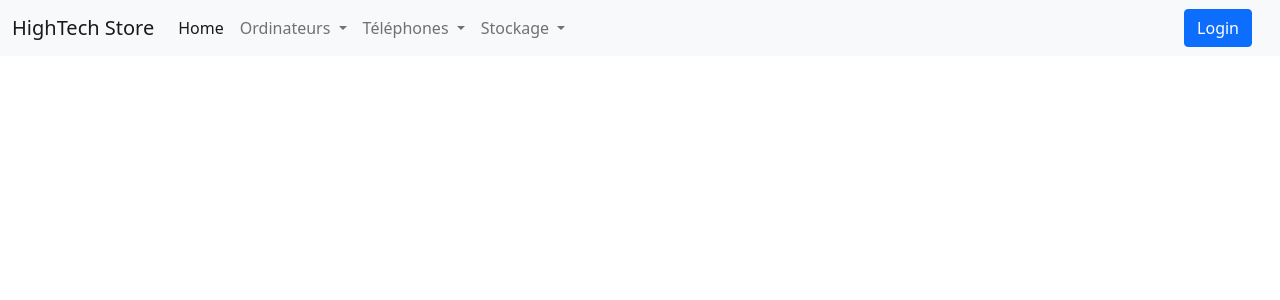
Repository: HaPhuong-krys/M1-angular
Page: /
An editor plug-in stored every save of this project. The page is shown before and after the next save, followed by the edit.
The browser window is 1280 px wide. The pictures show the whole page.
The page's requests for data from a server got no answer. The project was rebuilt for these pictures with package versions that can differ from the ones it lists, and the page was loaded fresh each time. No one was signed in, and anything a server would have sent is missing. Also part of the build but not shown: angular.json, src/app/connexion/connexion.component.ts, src/app/home/home.component.ts, src/app/pc-bureau/pc-bureau.component.ts, src/app/pc-portable/pc-portable.component.ts, src/app/ajouter-article-form/ajouter-article-form.component.ts, src/app/Model/Articles.ts, src/app/accessoire-ordi/accessoire-ordi.component.ts and 11 more.

Above is the page before, as saved 2023-04-23 16:48:44.

### src/index.html
<!doctype html>
<html lang="en">
<head>
  <meta charset="utf-8">
  <title>HighTechStore</title>
  <base href="/">
  <meta name="viewport" content="width=device-width, initial-scale=1">
  <link rel="icon" type="image/x-icon" href="favicon.ico">
  <!-- Boostrap css -->
  <link href="https://cdn.jsdelivr.net/npm/bootstrap@5.0.2/dist/css/bootstrap.min.css"
  rel="stylesheet" integrity="sha384-EVSTQN3/azprG1Anm3QDgpJLIm9Nao0Yz1ztcQTwFspd3yD65VohhpuuCOmLASjC" crossorigin="anonymous">
</head>
<body>
  <app-root></app-root>
   <!-- Boostrap -->
  <script src="https://cdn.jsdelivr.net/npm/@popperjs/core@2.9.2/dist/umd/popper.min.js"
  integrity="sha384-IQsoLXl5PILFhosVNubq5LC7Qb9DXgDA9i+tQ8Zj3iwWAwPtgFTxbJ8NT4GN1R8p" crossorigin="anonymous"></script>
  <script src="https://cdn.jsdelivr.net/npm/bootstrap@5.0.2/dist/js/bootstrap.min.js"
  integrity="sha384-cVKIPhGWiC2Al4u+LWgxfKTRIcfu0JTxR+EQDz/bgldoEyl4H0zUF0QKbrJ0EcQF" crossorigin="anonymous"></script>
</body>
</html>

### src/app/app.module.ts
import { NgModule } from '@angular/core';
import { BrowserModule } from '@angular/platform-browser';

import { AppRoutingModule } from './app-routing.module';
import { AppComponent } from './app.component';
import { NavbarComponent } from './navbar/navbar.component';
import { HomeComponent } from './home/home.component';
import { PcPortableComponent } from './pc-portable/pc-portable.component';
import { PcBureauComponent } from './pc-bureau/pc-bureau.component';
import { ConnexionComponent } from './connexion/connexion.component';
import { PhonesModule } from './modules/phones/phones.module';
import { StockageModule } from './modules/stockage/stockage.module';
import { AjouterArticleFormComponent } from './ajouter-article-form/ajouter-article-form.component';
import {HttpClientModule} from '@angular/common/http';
import { PcPortableServiceService } from './pc-portable-service.service';
import { FormCreationArticleService } from './form-creation-article.service';
import { FooterComponent } from './footer/footer.component';
import { FormsModule } from '@angular/forms';
import { HomeService } from './home.service';
import { PcBureauServiceService } from './pc-bureau-service.service';
import { AccesOrdiServiceService } from './acces-ordi-service.service';
import { AccessoireOrdiComponent } from './accessoire-ordi/accessoire-ordi.component';
import { SmartPhoneComponent } from './smart-phone/smart-phone.component';
import { SmartPhoneServiceService } from './smart-phone-service.service';
import { TelephoneFixComponent } from './telephone-fix/telephone-fix.component';
import { TelephoneFixServiceService } from './telephone-fix-service.service';
import { AccessoireTelfixComponent } from './accessoire-telfix/accessoire-telfix.component';
import { AccesTelfixServiceService } from './acces-telfix-service.service';
import { DisqueDurComponent } from './disque-dur/disque-dur.component';
import { UsbComponent } from './usb/usb.component';
import { AccessoireStockageComponent } from './accessoire-stockage/accessoire-stockage.component';
import { DisqueDurServiceService } from './disque-dur-service.service';
import { UsersComponent } from './users/users.component';
import { DeconnexionComponent } from './deconnexion/deconnexion.component';

@NgModule({
  declarations: [
    AppComponent,
    NavbarComponent,
    HomeComponent,
    PcPortableComponent,
    PcBureauComponent,
    ConnexionComponent,
    AjouterArticleFormComponent,
    FooterComponent,
    AccessoireOrdiComponent,
    SmartPhoneComponent,
    TelephoneFixComponent,
    AccessoireTelfixComponent,
    DisqueDurComponent,
    UsbComponent,
    AccessoireStockageComponent,
    UsersComponent,
    DeconnexionComponent,


  ],
  imports: [
    BrowserModule,
    AppRoutingModule,
    PhonesModule,
    StockageModule,
    HttpClientModule,
    FormsModule
  ],
  providers: [
    PcPortableServiceService,
    FormCreationArticleService,
    HomeService,
    PcBureauServiceService,
    AccesOrdiServiceService,
    SmartPhoneServiceService,
    TelephoneFixServiceService,
    AccesTelfixServiceService,
    DisqueDurServiceService
  ],
  bootstrap: [AppComponent]
})
export class AppModule { }

### src/app/app-routing.module.ts
import { NgModule } from '@angular/core';
import { RouterModule, Routes } from '@angular/router';
import { ConnexionComponent } from './connexion/connexion.component';
import { HomeComponent } from './home/home.component';
import { PcBureauComponent } from './pc-bureau/pc-bureau.component';
import { PcPortableComponent } from './pc-portable/pc-portable.component';
import { AjouterArticleFormComponent } from './ajouter-article-form/ajouter-article-form.component';
import { AccessoireOrdiComponent } from './accessoire-ordi/accessoire-ordi.component';
import { SmartPhoneComponent } from './smart-phone/smart-phone.component';
import { TelephoneFixComponent } from './telephone-fix/telephone-fix.component';
import { AccessoireTelfixComponent } from './accessoire-telfix/accessoire-telfix.component';
import { DisqueDurComponent } from './disque-dur/disque-dur.component';
import { UsbComponent } from './usb/usb.component';
import { AccessoireStockageComponent } from './accessoire-stockage/accessoire-stockage.component';

const routes: Routes = [
  { path:'home', component:HomeComponent},
  { path: 'PcPortable', component: PcPortableComponent},
  { path: 'PcBureau', component: PcBureauComponent},
  { path: 'Connexion', component: ConnexionComponent},
  { path: 'AjouterAticleForm', component: AjouterArticleFormComponent},
  { path: 'AccessoireOrdi', component: AccessoireOrdiComponent},
  { path: 'SmartPhone', component: SmartPhoneComponent},
  { path: 'telephoneFix', component: TelephoneFixComponent},
  { path: 'AccessoireTelFix', component: AccessoireTelfixComponent},
  { path: 'DisqueDur', component: DisqueDurComponent},
  { path: 'USB', component: UsbComponent},
  { path: 'AccessoireStock', component : AccessoireStockageComponent}
];

@NgModule({
  imports: [RouterModule.forRoot(routes)],
  exports: [RouterModule]
})
export class AppRoutingModule { }

### src/app/app.component.ts
import { Component } from '@angular/core';

@Component({
  selector: 'app-root',
  templateUrl: './app.component.html',
  styleUrls: ['./app.component.css']
})
export class AppComponent {
  title = 'HighTechStore';
}

### src/app/navbar/navbar.component.ts
import { Component, OnInit } from '@angular/core';
import { Router } from '@angular/router';
import { LoginService, User } from '../login.service';
import { Observable } from 'rxjs';

@Component({
  selector: 'app-navbar',
  templateUrl: './navbar.component.html',
  styleUrls: ['./navbar.component.css']
})
export class NavbarComponent implements OnInit {
  isLoggedIn$ = this.loginService.isLoggedIn$;
  currentUser$: Observable<User> = this.loginService.currentUser$;

  constructor(private loginService: LoginService, private router: Router) { }

  ngOnInit(): void {
  }

  logout() {
    this.loginService.logout();
    this.router.navigate(['/Connexion']);
  }

}

### src/app/modules/phones/phones.module.ts
import { NgModule } from '@angular/core';
import { CommonModule } from '@angular/common';

import { PhonesRoutingModule } from './phones-routing.module';


@NgModule({
  declarations: [],
  imports: [
    CommonModule,
    PhonesRoutingModule
  ]
})
export class PhonesModule { }

### src/app/modules/stockage/stockage.module.ts
import { NgModule } from '@angular/core';
import { CommonModule } from '@angular/common';

import { StockageRoutingModule } from './stockage-routing.module';


@NgModule({
  declarations: [],
  imports: [
    CommonModule,
    StockageRoutingModule
  ]
})
export class StockageModule { }

### src/app/pc-portable-service.service.ts
import { Injectable } from '@angular/core';
import  { HttpClient, HttpClientModule } from  '@angular/common/http';
import { Observable } from 'rxjs';
import { Articles } from './Model/Articles';


@Injectable({
  providedIn: 'root'
})
export class PcPortableServiceService {
  url_portable = 'http://localhost:8080/Projet-REST-V1/articles/list/PC_Portable';

  constructor(private http:HttpClient) { }

  getArticlePcPortable():Observable<Array<Articles>>{
    return this.http.get<Array<Articles>>(this.url_portable);
  }
}

### src/app/form-creation-article.service.ts
import { Injectable } from '@angular/core';
import  { HttpClient, HttpClientModule, HttpHeaders } from  '@angular/common/http';
import { Observable } from 'rxjs';
import { Categories } from './Model/Categories';
import { Articles } from './Model/Articles';


@Injectable({
  providedIn: 'root'
})
export class FormCreationArticleService {

  url = 'http://localhost:8080/Projet-REST-V1/categories/list';

  addUrl = 'http://localhost:8080/Projet-REST-V1/articles';

  articleData: any = {};

  constructor(private http:HttpClient) { }

  getAllCategories():Observable<Array<Categories>>{
    return this.http.get<Array<Categories>>(this.url);
  }

  httpOptions = {
    headers: new HttpHeaders({ 'Content-Type': 'application/json' })
  };

  addArticle(article: Articles): Observable<Articles> {
    const url = `${this.addUrl}/add`;
    return this.http.post<Articles>(url, article, this.httpOptions);
    //return this.http.post<Articles[]>(`${this.addUrl}/add`, article);
  }

}

### src/app/home.service.ts
import { Injectable } from '@angular/core';
import  { HttpClient, HttpClientModule, HttpHeaders } from  '@angular/common/http';
import { Observable } from 'rxjs';
import { Categories } from './Model/Categories';
import { Articles } from './Model/Articles';

@Injectable({
  providedIn: 'root'
})
export class HomeService {
  url = 'http://localhost:8080/Projet-REST-V1/articles/list';
  articleData: any = {};

  constructor(private http:HttpClient) { }

  getAllArticle():Observable<Array<Articles>>{
    return this.http.get<Array<Articles>>(this.url);
  }
}

### src/app/pc-bureau-service.service.ts
import { HttpClient } from '@angular/common/http';
import { Injectable } from '@angular/core';
import { Observable } from 'rxjs';
import { Articles } from './Model/Articles';

@Injectable({
  providedIn: 'root'
})
export class PcBureauServiceService {

  url_bureau = 'http://localhost:8080/Projet-REST-V1/articles/list/PC_Bureau';

  constructor(private http:HttpClient) { }

  getArticlePcBureau():Observable<Array<Articles>>{
    return this.http.get<Array<Articles>>(this.url_bureau);
  }
}

### src/app/acces-ordi-service.service.ts
import { HttpClient } from '@angular/common/http';
import { Injectable } from '@angular/core';
import { Observable } from 'rxjs';
import { Articles } from './Model/Articles';

@Injectable({
  providedIn: 'root'
})
export class AccesOrdiServiceService {

  access_ordi = 'http://localhost:8080/Projet-REST-V1/articles/list/accessoire_ordi';
  constructor(private http:HttpClient) { }

  getArticleAccesoireOrdi(): Observable<Array<Articles>>{
    return this.http.get<Array<Articles>>(this.access_ordi);
  }
}

### src/app/smart-phone-service.service.ts
import { HttpClient } from '@angular/common/http';
import { Injectable } from '@angular/core';
import { Observable } from 'rxjs';
import { Articles } from './Model/Articles';

@Injectable({
  providedIn: 'root'
})
export class SmartPhoneServiceService {

  url_smartphone = 'http://localhost:8080/Projet-REST-V1/articles/list/smartphone';


  constructor(private http: HttpClient) { }

  getArticleSmartphone():Observable<Array<Articles>>{
    return this.http.get<Array<Articles>>(this.url_smartphone);
  }
}

### src/app/telephone-fix-service.service.ts
import { HttpClient } from '@angular/common/http';
import { Injectable } from '@angular/core';
import { Articles } from './Model/Articles';

@Injectable({
  providedIn: 'root'
})
export class TelephoneFixServiceService {
  url_telFix = 'http://localhost:8080/Projet-REST-V1/articles/list/telephoneFix';

  constructor(private http: HttpClient) { }

  getArticleTelephoneFix(){
    return this.http.get<Array<Articles>>(this.url_telFix);
  }
}

### src/app/acces-telfix-service.service.ts
import { HttpClient } from '@angular/common/http';
import { Injectable } from '@angular/core';
import { Articles } from './Model/Articles';

@Injectable({
  providedIn: 'root'
})
export class AccesTelfixServiceService {

  url_accesstel= 'http://localhost:8080/Projet-REST-V1/articles/list/accessoire_tel';

  constructor(private http:HttpClient) { }

  getArticleAccessoireTelFix(){
    return this.http.get<Array<Articles>>(this.url_accesstel);
  }

}

### src/app/disque-dur-service.service.ts
import { HttpClient } from '@angular/common/http';
import { Injectable } from '@angular/core';
import { Articles } from './Model/Articles';

@Injectable({
  providedIn: 'root'
})
export class DisqueDurServiceService {

  url_disque = 'http://localhost:8080/Projet-REST-V1/articles/list/Disque_dur';

  constructor(private http:HttpClient) { }

  getArticleDisqurDur(){
    return this.http.get<Array<Articles>>(this.url_disque);
  }

}

### src/app/navbar/navbar.component.html
<nav class="navbar navbar-expand-lg navbar-light bg-light">
  <div class="container-fluid">
    <a class="navbar-brand" routerLink="/home">HighTech Store</a>
    <button class="navbar-toggler" type="button" data-bs-toggle="collapse" data-bs-target="#navbarSupportedContent" aria-controls="navbarSupportedContent" aria-expanded="false" aria-label="Toggle navigation">
      <span class="navbar-toggler-icon"></span>
    </button>
    <div class="collapse navbar-collapse" id="navbarSupportedContent">
      <ul class="navbar-nav me-auto mb-2 mb-lg-0">
        <li class="nav-item">
          <a class="nav-link active" aria-current="page" routerLink="/home">Home</a>
        </li>
        <li class="nav-item dropdown">
          <a class="nav-link dropdown-toggle" href="#" id="navbarDropdown" role="button" data-bs-toggle="dropdown" aria-expanded="false">
            Ordinateurs
          </a>
          <ul class="dropdown-menu" aria-labelledby="navbarDropdown">
            <li><a class="dropdown-item" routerLink="/PcPortable">Pc Portables</a></li>
            <li><a class="dropdown-item" routerLink="/PcBureau">Pc de bureau</a></li>
            <li><hr class="dropdown-divider"></li>
            <li><a class="dropdown-item" href="/AccessoireOrdi">Accessoires</a></li>
          </ul>
        </li>
        <li class="nav-item dropdown">
          <a class="nav-link dropdown-toggle" href="#" id="navbarDropdown" role="button" data-bs-toggle="dropdown" aria-expanded="false">
            Téléphones
          </a>
          <ul class="dropdown-menu" aria-labelledby="navbarDropdown">
            <li><a class="dropdown-item" routerLink="/SmartPhone">Smartphones</a></li>
            <li><a class="dropdown-item" routerLink="/telephoneFix">Téléphones Fixes</a></li>
            <li><hr class="dropdown-divider"></li>
            <li><a class="dropdown-item" href="/AccessoireTelFix">Accessoires</a></li>
          </ul>
        </li>
        <li class="nav-item dropdown">
          <a class="nav-link dropdown-toggle" href="#" id="navbarDropdown" role="button" data-bs-toggle="dropdown" aria-expanded="false">
            Stockage
          </a>
          <ul class="dropdown-menu" aria-labelledby="navbarDropdown">
            <li><a class="dropdown-item" routerLink="/DisqueDur">Disque Dur</a></li>
            <li><a class="dropdown-item" routerLink="/USB">Clé USB</a></li>
            <li><hr class="dropdown-divider"></li>
            <li><a class="dropdown-item" href="/AccessoireStock">Accessoire</a></li>
          </ul>
        </li>


    </ul>

    <div class="d-flex align-items-center justify-content-between text-center">
      <div class="ml-auto">
        <ng-container *ngIf="isLoggedIn$ | async">
          <svg xmlns="http://www.w3.org/2000/svg" width="16" height="16" fill="currentColor" class="bi bi-person-circle" viewBox="0 0 16 16">
            <path d="M11 6a3 3 0 1 1-6 0 3 3 0 0 1 6 0z"/>
            <path fill-rule="evenodd" d="M0 8a8 8 0 1 1 16 0A8 8 0 0 1 0 8zm8-7a7 7 0 0 0-5.468 11.37C3.242 11.226 4.805 10 8 10s4.757 1.225 5.468 2.37A7 7 0 0 0 8 1z"/>
          </svg>
          <span class="ml-2" *ngIf="currentUser$ | async as currentUser">{{ currentUser.firstname }}</span>
        </ng-container>
      </div>

      <div>
        <ng-container *ngIf="isLoggedIn$ | async">
          <a class="btn btn-danger mx-3" (click)="logout()">Logout</a>
        </ng-container>
        <ng-container *ngIf="!(isLoggedIn$ | async)">
          <a routerLink="/Connexion" class="btn btn-primary mx-3" role="button">Login</a>
        </ng-container>
      </div>
    </div>
  </div>
</div>
</nav>

### src/app/login.service.ts
import { HttpClient } from '@angular/common/http';
import { Injectable } from '@angular/core';
import { BehaviorSubject } from 'rxjs';
import { tap } from 'rxjs/operators';
import { Router } from '@angular/router';

export interface User {
  id_user: number;
  firstname: string;
  lastname: string;
  email: string;
  password: string;
  role: string;
}

@Injectable({
  providedIn: 'root'
})
export class LoginService {

  private apiUrl = 'http://localhost:8080/Projet-REST-V1/users';

  private isLoggedIn = new BehaviorSubject<boolean>(false);
  isLoggedIn$ = this.isLoggedIn.asObservable();

  public currentUser = new BehaviorSubject<User>({ id_user: 0, firstname: '', lastname: '', email: '', password: '', role: '' });
  currentUser$ = this.currentUser.asObservable();

  constructor(private http: HttpClient, private router : Router) {
    this.checkLoginStatus().subscribe();
  }

  login(email: string, password: string) {
    const body = { email: email, password: password };
    return this.http.post<User>(`${this.apiUrl}/login`, body).pipe(
      tap((user) => {
        this.isLoggedIn.next(true);
        this.currentUser.next(user);
      })
    );
  }

  logout() {
    this.isLoggedIn.next(false);
    this.currentUser.next({ id_user: 0, firstname: '', lastname: '', email: '', password: '', role: '' });
    this.router.navigate(['/Connexion']);
  }

  checkLoginStatus() {
    return this.http.get<User>(`${this.apiUrl}/login`).pipe(
      tap((user) => {
        if (user) {
          this.isLoggedIn.next(true);
          this.currentUser.next(user);
        } else {
          this.isLoggedIn.next(false);
          this.currentUser.next({ id_user: 0, firstname: '', lastname: '', email: '', password: '', role: '' });
        }
      })
    );
  }
}

### src/app/modules/phones/phones-routing.module.ts
import { NgModule } from '@angular/core';
import { RouterModule, Routes } from '@angular/router';

const routes: Routes = [];

@NgModule({
  imports: [RouterModule.forChild(routes)],
  exports: [RouterModule]
})
export class PhonesRoutingModule { }

### src/app/modules/stockage/stockage-routing.module.ts
import { NgModule } from '@angular/core';
import { RouterModule, Routes } from '@angular/router';

const routes: Routes = [];

@NgModule({
  imports: [RouterModule.forChild(routes)],
  exports: [RouterModule]
})
export class StockageRoutingModule { }

Loaded but not shown: src/styles.css (common file); src/main.ts (common file); src/app/app.component.html (common file); src/app/app.component.css (no stored copy; drawn as an empty file); src/app/navbar/navbar.component.css (no stored copy; drawn as an empty file)

After the next save:
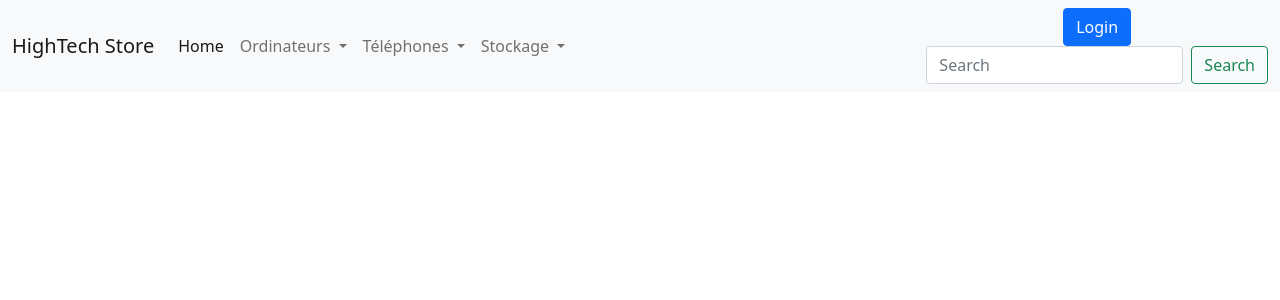
Saved 90 s later.
--- a/src/app/navbar/navbar.component.html
+++ b/src/app/navbar/navbar.component.html
@@ -64,6 +64,10 @@
         <ng-container *ngIf="!(isLoggedIn$ | async)">
           <a routerLink="/Connexion" class="btn btn-primary mx-3" role="button">Login</a>
         </ng-container>
+        <form class="d-flex">
+          <input class="form-control me-2" type="search" placeholder="Search" aria-label="Search">
+          <button class="btn btn-outline-success" type="submit">Search</button>
+        </form>
       </div>
     </div>
   </div>
